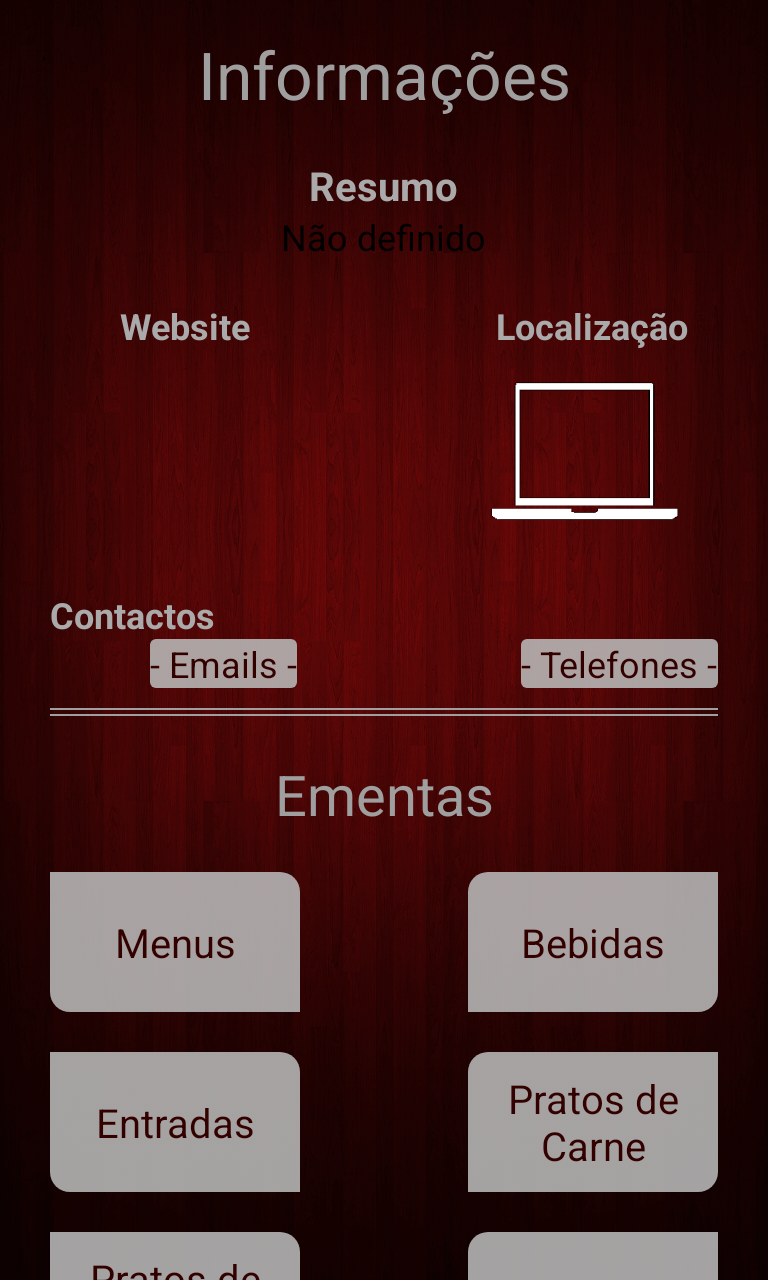
Repository: LuisFilipeDias/eMenu
Layout: SideMenuTutorial/res/layout/fragment.xml
An editor plug-in stored every save of this project. The layout is shown before and after the next save, followed by the edit.
It is drawn on a 768 x 1280 px phone screen (xhdpi) without system bars, with theme Theme.Sherlock; the app's code is not run.

Above is the layout before, as saved 2013-12-23 22:10:17.

After the next save:
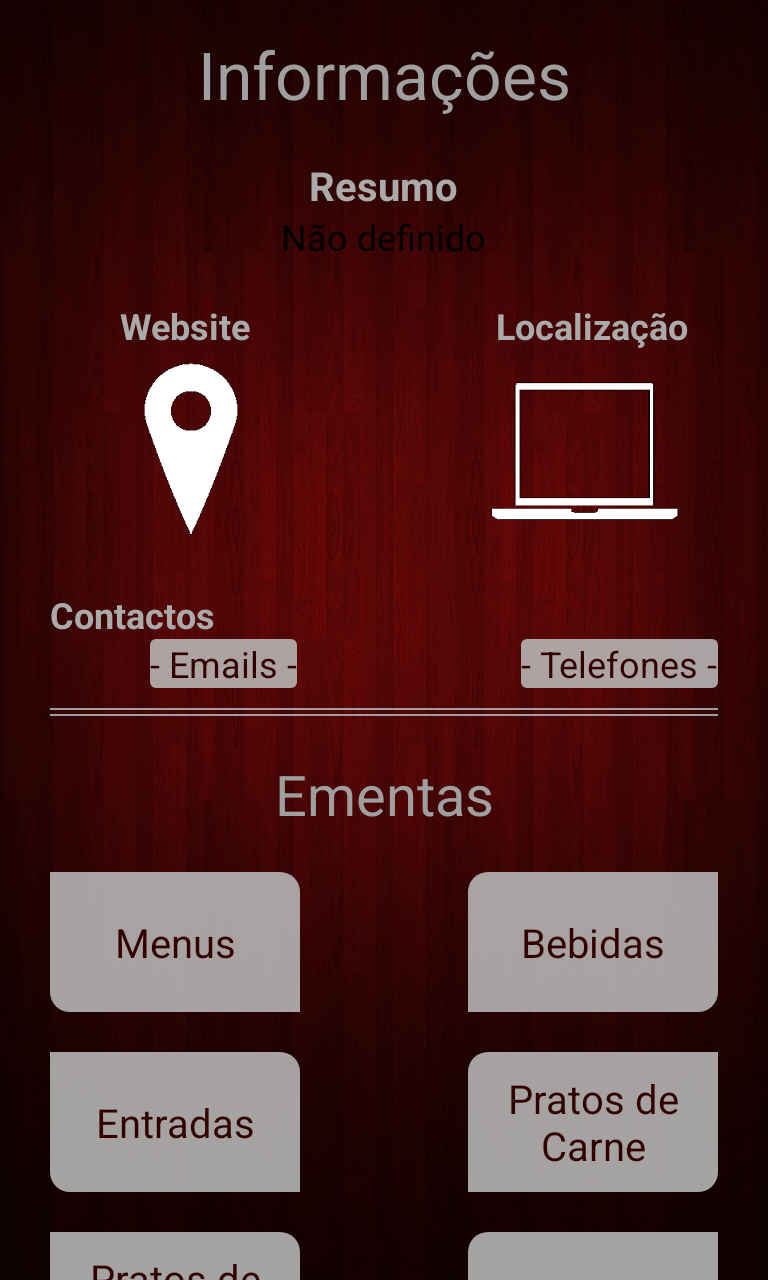
Saved 5 s later.
--- a/SideMenuTutorial/res/layout/fragment.xml
+++ b/SideMenuTutorial/res/layout/fragment.xml
@@ -80,7 +80,7 @@
 	            	android:layout_marginLeft="-15dp"
 	            	android:layout_below="@+id/website_ttl"
 			        android:layout_alignLeft="@+id/website_ttl"
-	            	android:background="@drawable/local_clicked"
+	            	android:background="@drawable/local_click"
 	            	android:onClick="websiteClicked" />
 
 			   	<TextView
--- a/SideMenuTutorial/res/drawable/local_clicked.xml
+++ b/SideMenuTutorial/res/drawable/local_clicked.xml
@@ -3,17 +3,17 @@
 <!-- Button Focused-->
     <item   android:state_focused="true"
             android:state_pressed="false"
-            android:drawable="@drawable/local_clicked"
+            android:drawable="@drawable/local_click"
             />
 <!-- Button Focused Pressed-->
     <item   android:state_focused="true"
             android:state_pressed="true"
-            android:drawable="@drawable/local_clicked"
+            android:drawable="@drawable/local_click"
             />
 <!-- Button Pressed-->
     <item   android:state_focused="false"
             android:state_pressed="true"
-            android:drawable="@drawable/local_clicked"
+            android:drawable="@drawable/local_click"
             />
 <!-- Button Default Image-->
     <item   android:drawable="@drawable/local"/>
--- a/SideMenuTutorial/res/drawable/local_click.xml
+++ b/SideMenuTutorial/res/drawable/local_click.xml
@@ -3,17 +3,17 @@
 <!-- Button Focused-->
     <item   android:state_focused="true"
             android:state_pressed="false"
-            android:drawable="@drawable/local_clicked"
+            android:drawable="@drawable/local_click"
             />
 <!-- Button Focused Pressed-->
     <item   android:state_focused="true"
             android:state_pressed="true"
-            android:drawable="@drawable/local_clicked"
+            android:drawable="@drawable/local_click"
             />
 <!-- Button Pressed-->
     <item   android:state_focused="false"
             android:state_pressed="true"
-            android:drawable="@drawable/local_clicked"
+            android:drawable="@drawable/local_click"
             />
 <!-- Button Default Image-->
     <item   android:drawable="@drawable/local"/>
